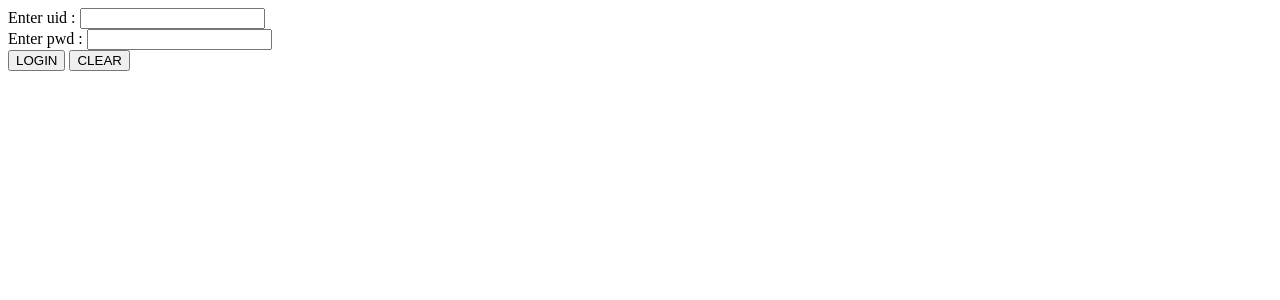
Repository: tushar-TD/Adv_java
Page: http://localhost/Shopping_App/Login.jsp
The author's editor kept a copy of each file at every save. The page is drawn from the files as they stood at one save, then again after the next save.
The browser window is 1280 px wide. The pictures show the whole page.
The page is served by Tomcat 9. Other server files are loaded and not shown.

Above is the page before, as saved 2023-07-06 05:05:59.

### Shopping_App/src/main/webapp/Login.jsp
<%@ page language="java" contentType="text/html; charset=ISO-8859-1"
    pageEncoding="ISO-8859-1"%>
<!DOCTYPE html>
<html>
<head>
<meta charset="ISO-8859-1">
<title>Insert title here</title>
</head>
<body>
	<form action="http://localhost:8080/ShoppingApp/logincheck" method="post">
		Enter uid : <input type="text" name="uid" />
		<br/>
		Enter pwd : <input type="password" name="pwd" />
		<br/>
		<input type="submit" value="LOGIN" />
		<input type="reset" value="CLEAR" />
	</form>


</body>
</html>

After the next save:
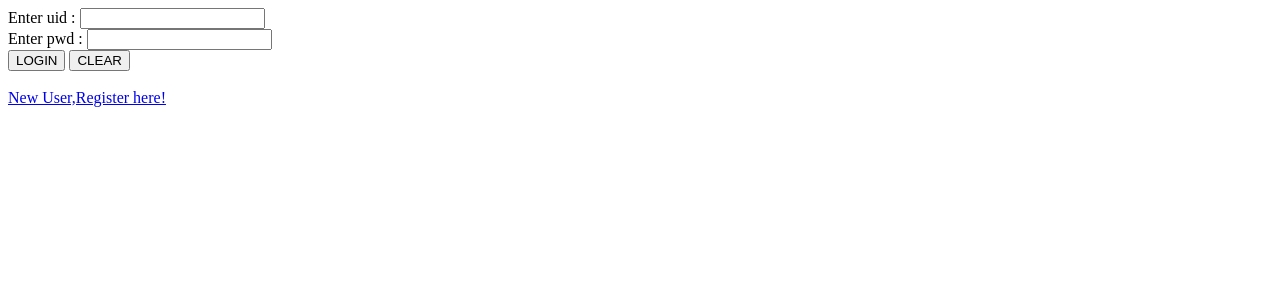
Saved 2 min 58 s later.
--- a/Shopping_App/src/main/webapp/Login.jsp
+++ b/Shopping_App/src/main/webapp/Login.jsp
@@ -7,6 +7,7 @@
 <title>Insert title here</title>
 </head>
 <body>
+${cookie.loginerror.value}
 	<form action="http://localhost:8080/ShoppingApp/logincheck" method="post">
 		Enter uid : <input type="text" name="uid" />
 		<br/>
@@ -15,7 +16,8 @@
 		<input type="submit" value="LOGIN" />
 		<input type="reset" value="CLEAR" />
 	</form>
-
+	<br/>
+	<a href="http://localhost:8080/ShoppingApp/register.html">New User,Register here!</a>
 
 </body>
 </html>
